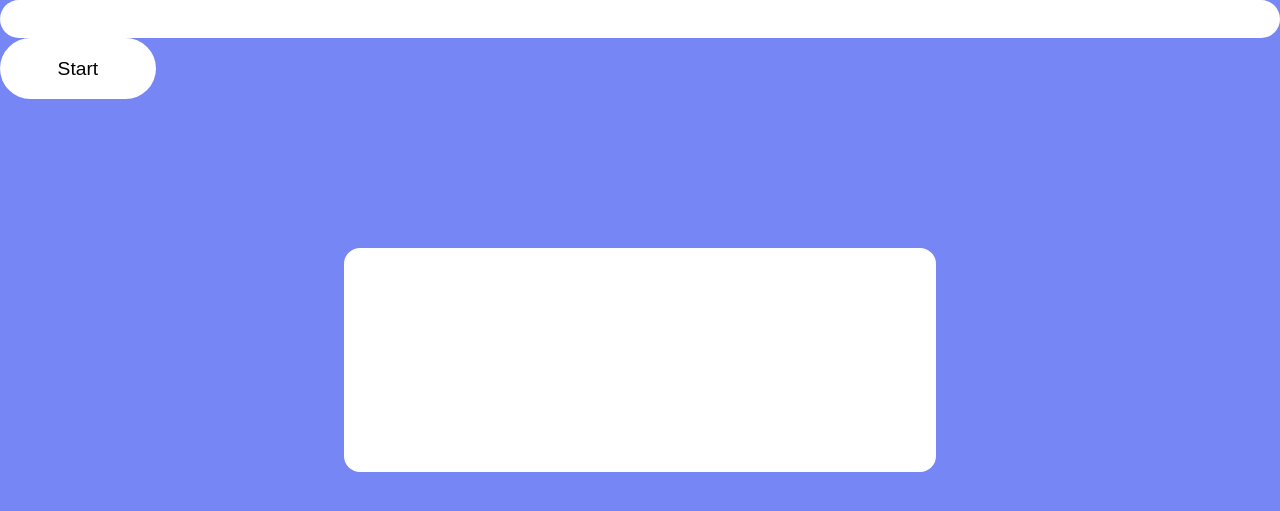
Repository: Dipti-Jalgaonkar/Guess-The-Word-Game
Page: index.html
An editor plug-in stored every save of this project. The page is shown before and after the next save, followed by the edit.
The browser window is 1280 px wide. The pictures show the whole page.

Above is the page before, as saved 2025-03-26 12:52:19.

After the next save:
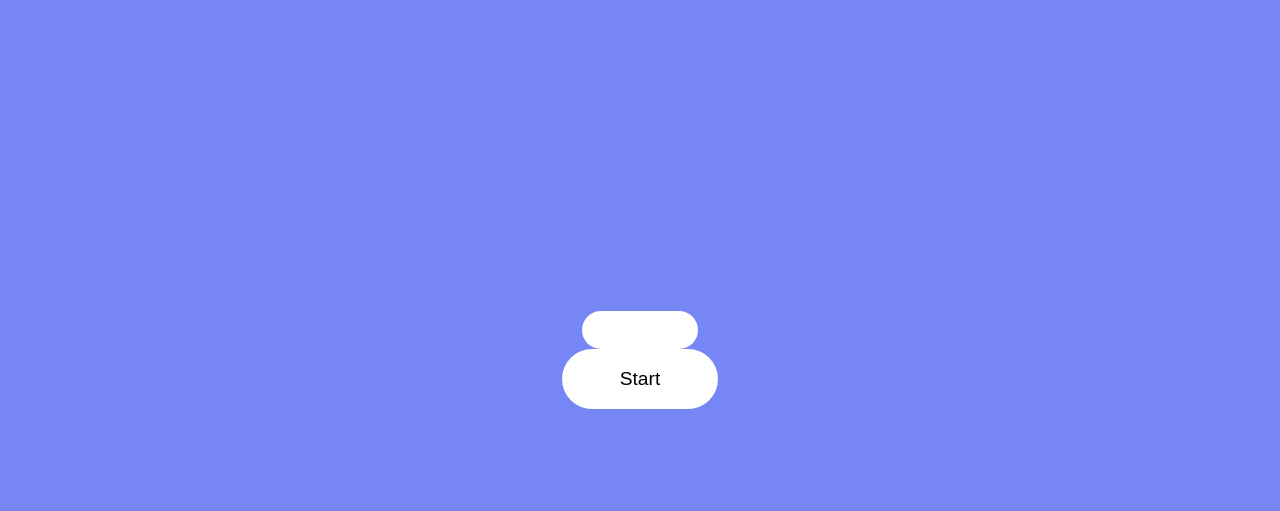
Saved 111 s later.
--- a/style.css
+++ b/style.css
@@ -21,7 +21,7 @@ body {
     border-radius: 1em;
 }
 .controls-container {
-    /* background-color: #7786f5;
+    background-color: #7786f5;
     position: absolute;
     width: 100%;
     height: 100%;
@@ -29,7 +29,7 @@ body {
     align-items: center;
     justify-content: center;
     flex-direction: column;
-    top: 0; */
+    top: 0;
 }
 
 #start {
